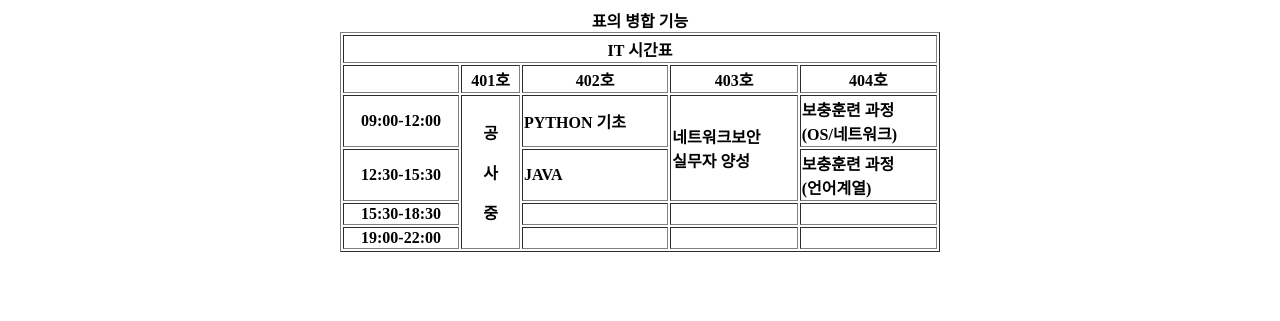
Repository: thswlsqls/JspWorkspace
Page: html/quiz_time.html
These files come from the project's save history. The page is drawn as it stood at one moment and after the next save; the edit follows.
The browser window is 1280 px wide. The pictures show the whole page.

Above is the page before, as saved 2021-04-09 08:40:11.

### html/quiz_time.html
<!DOCTYPE html>
<html>
<head>
<meta charset="UTF-8">
<title>Insert title here</title>
</head>
<body>
	<table border="1" align="center" width="600">
		<caption><b>표의 병합 기능</b></caption>
		<tr>
			<th colspan="5"><b>IT 시간표</b></th>
		</tr>
		<tr>
			<th></th><th>401호</th><th>402호</th><th>403호</th><th>404호</th>
		</tr>
		<tr>
			<th align="center">09:00-12:00</th><th rowspan="4"><p>공</p><p>사</p><p>중</p></th><th align="left">PYTHON 기초</th><th rowspan="2" align="left">네트워크보안<br>실무자 양성</th><th align="left">보충훈련 과정<br>(OS/네트워크)</th>
		</tr>
		<tr>
			<th align="center">12:30-15:30</th><th align="left">JAVA</th><th align="left">보충훈련 과정<br>(언어계열)</th>
		</tr>
		<tr>
			<th align="center">15:30-18:30</th><th></th><th></th><th></th>
		</tr>
		<tr>
			<th align="center">19:00-22:00</th><th></th><th></th><th></th>
		</tr>
	</table>
</body>
</html>

After the next save:
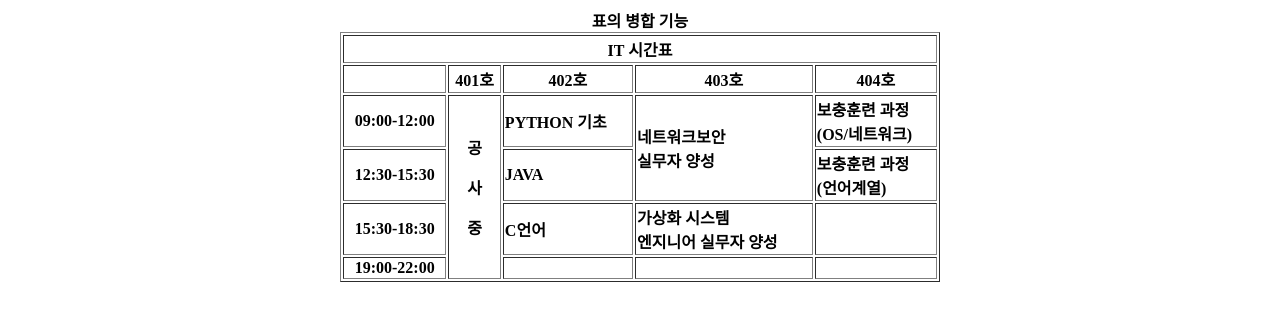
Saved 44 s later.
--- a/html/quiz_time.html
+++ b/html/quiz_time.html
@@ -20,7 +20,7 @@
 			<th align="center">12:30-15:30</th><th align="left">JAVA</th><th align="left">보충훈련 과정<br>(언어계열)</th>
 		</tr>
 		<tr>
-			<th align="center">15:30-18:30</th><th></th><th></th><th></th>
+			<th align="center">15:30-18:30</th><th align="left">C언어</th><th align="left">가상화 시스템<br>엔지니어 실무자 양성</th><th></th>
 		</tr>
 		<tr>
 			<th align="center">19:00-22:00</th><th></th><th></th><th></th>
